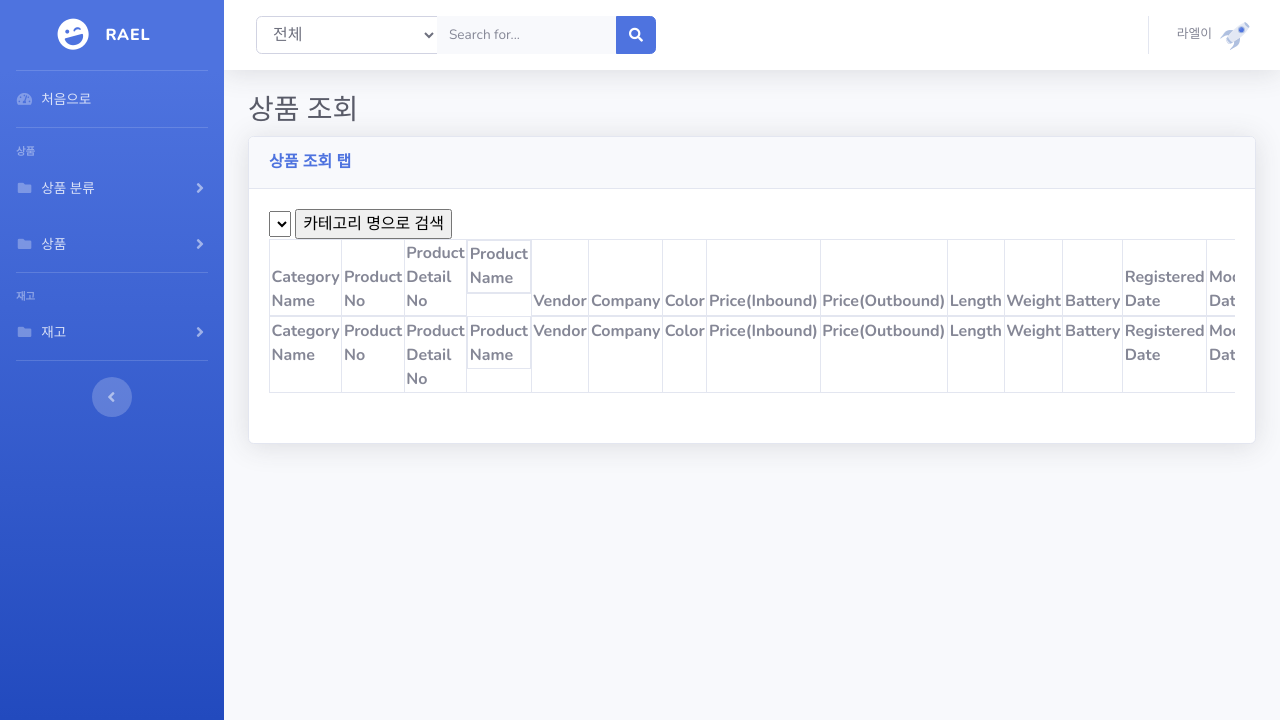
Repository: sww232/springRaelProject
Page: http://localhost/rael/WEB-INF/views/product/all_select.jsp
These files come from the project's save history. The page is drawn as it stood at one moment and after the next save; the edit follows.
The browser window is 1280 px wide. The pictures show the whole page.
The page is served by Tomcat 9. Nobody is signed in. Other server files are loaded and not shown. The template is opened directly, without the code that normally fills it, so the values that code supplies are empty.

Above is the page before, as saved 2022-10-13 03:06:41.
Console error: TypeError: Cannot read properties of undefined (reading 'defaults')

### raelproject3/rael/src/main/webapp/WEB-INF/views/product/all_select.jsp
<%@ page language="java" contentType="text/html; charset=UTF-8" pageEncoding="UTF-8"%>
<%@ taglib uri="http://java.sun.com/jsp/jstl/core" prefix="c"%>
<%@ taglib prefix="sql" uri="http://java.sun.com/jsp/jstl/sql"%>
<%@ taglib prefix="fmt" uri="http://java.sun.com/jsp/jstl/fmt"%>
<!DOCTYPE html>
<html>
<head>
<meta http-equiv="X-UA-Compatible" content="IE=edge">
<meta name="viewport" content="width=device-width, initial-scale=1, shrink-to-fit=no">
<meta name="description" content="">
<meta name="author" content="">
<meta charset="UTF-8">
<title>상품 조회</title>

<link href="/vendor/fontawesome-free/css/all.min.css" rel="stylesheet" type="text/css">
<!--  link href="/css/modal.css" rel="stylesheet" type="text/css" -->
<link href="https://fonts.googleapis.com/css?family=Nunito:200,200i,300,300i,400,400i,600,600i,700,700i,800,800i,900,900i" rel="stylesheet">

<!-- Custom styles for this template -->
<link href="/css/sb-admin-2.min.css" rel="stylesheet">
<!-- Custom styles for this page -->
<link href="/vendor/datatables/dataTables.bootstrap4.min.css" rel="stylesheet">

<script src="/vendor/jquery/jquery.min.js"></script>
<script src="/vendor/bootstrap/js/bootstrap.bundle.min.js"></script>

<!-- Core plugin JavaScript-->
<script src="/vendor/jquery-easing/jquery.easing.min.js"></script>

<!-- Custom scripts for all pages-->
<script src="/js/sb-admin-2.min.js"></script>

<!-- Page level plugins -->
<script src="/vendor/datatables/dataTables.bootstrap4.min.js"></script>

<!-- Page level custom scripts -->
<script src="/js/demo/datatables-demo.js"></script>


</head>


<body id="page-top">
	<form>
		<div class="modal fade" id="moaModal1" tabindex="-1" role="dialog" aria-labelledby="exampleModalLabel" aria-hidden="true">

			<div class="modal-dialog" role="document">
				<div class="modal-content">
					<div class="modal-header">
						<h5 class="modal-title" id="exampleModalLabel">상품 등록을 위한 카테고리 선택</h5>
						<button class="close" type="button" data-dismiss="modal" aria-label="Close">
							<span aria-hidden="true">x</span>
						</button>
					</div>
					<div class="modal-body">
						<select name="categoryBox1" id="categoryBox1">
							<option value="defaultValue" selected></option>
							<c:forEach var="list" items="${categorynums}">
								<option value="${list}">${list}</option>
							</c:forEach>
						</select>
					</div>
					<div class="modal-footer">
						<button class="btn btn-primary" type="button" data-dismiss="modal">Cancel</button>
						<button class="btn btn-primary" type="submit" formaction="/product/product_insert">Choice</button>
					</div>
				</div>
			</div>
		</div>
		<div class="modal fade" id="moaModal2" tabindex="-1" role="dialog" aria-labelledby="exampleModalLabel" aria-hidden="true">

			<div class="modal-dialog" role="document">
				<div class="modal-content">
					<div class="modal-header">
						<h5 class="modal-title" id="exampleModalLabel">상품 추가 등록을 위한 카테고리 선택</h5>
						<button class="close" type="button" data-dismiss="modal" aria-label="Close">
							<span aria-hidden="true">x</span>
						</button>
					</div>
					<div class="modal-body">
						<select name="categoryBox2" id="categoryBox2">
							<option value="defaultValue" selected></option>
							<c:forEach var="list" items="${categorynums}">
								<option value="${list}">${list}</option>
							</c:forEach>
						</select>
					</div>
					<div class="modal-footer">
						<button class="btn btn-primary" type="button" data-dismiss="modal">Cancel</button>
						<button class="btn btn-primary" type="submit" formaction="/product/product_insert_detail">Choice</button>
					</div>
				</div>
			</div>
		</div>
		<div class="modal fade" id="moaModal3" tabindex="-1" role="dialog" aria-labelledby="exampleModalLabel" aria-hidden="true">

			<div class="modal-dialog" role="document">
				<div class="modal-content">
					<div class="modal-header">
						<h5 class="modal-title" id="exampleModalLabel">상품명/상세정보 수정을 위한 카테고리 선택</h5>
						<button class="close" type="button" data-dismiss="modal" aria-label="Close">
							<span aria-hidden="true">x</span>
						</button>
					</div>
					<div class="modal-body">
						<select name="categoryBox3" id="categoryBox3">
							<option value="defaultValue" selected></option>
							<c:forEach var="list" items="${categorynums}">
								<option value="${list}">${list}</option>
							</c:forEach>
						</select>
					</div>
					<div class="modal-footer">
						<button class="btn btn-primary" type="button" data-dismiss="modal">Cancel</button>
						<button class="btn btn-primary" type="submit" formaction="/product/product_update">Choice</button>
					</div>
				</div>
			</div>
		</div>
	</form>
	<div id="wrapper">
		<ul class="navbar-nav bg-gradient-primary sidebar sidebar-dark accordion" id="accordionSidebar">
			<!-- Sidebar - Brand -->
			<a class="sidebar-brand d-flex align-items-center justify-content-center" href="/">
				<div class="sidebar-brand-icon rotate-n-15">
					<i class="fas fa-laugh-wink"></i>
				</div>

				<div class="sidebar-brand-text mx-3">RAEL</div>
			</a>

			<!-- Divider -->
			<hr class="sidebar-divider my-0">

			<!-- Nav Item - Dashboard -->
			<li class="nav-item"><a class="nav-link" href="/"> <i class="fas fa-fw fa-tachometer-alt"></i> <span>처음으로</span></a></li>

			<!-- Divider -->
			<hr class="sidebar-divider">

			<!-- Heading -->
			<div class="sidebar-heading">상품</div>

			<!-- Nav Item - Pages Collapse Menu -->
			<li class="nav-item"><a class="nav-link collapsed" href="#" data-toggle="collapse" data-target="#collapseTwo" aria-expanded="true" aria-controls="collapseTwo"> <i class="fas fa-fw fa-folder"></i> <span>상품 분류</span>
			</a>
				<div id="collapseTwo" class="collapse" aria-labelledby="headingTwo" data-parent="#accordionSidebar">
					<div class="bg-white py-2 collapse-inner rounded">
						<h6 class="collapse-header">상풍 분류 탭</h6>
						<a class="collapse-item" href="/product/category_select?page=${page}&recordSize=${recordSize}&pageSize=${pageSize}">상품 분류 조회</a> <a class="collapse-item" href="/product/category_insert?insertresult=0">상품 분류 등록</a> <a class="collapse-item" href="/product/category_update">상품 분류 수정</a>
					</div>
				</div></li>

			<!-- Nav Item - Utilities Collapse Menu -->
			<li class="nav-item"><a class="nav-link collapsed" href="#" data-toggle="collapse" data-target="#collapseUtilities" aria-expanded="true" aria-controls="collapseUtilities"> <i class="fas fa-fw fa-folder"></i> <span>상품</span>
			</a>
				<div id="collapseUtilities" class="collapse" aria-labelledby="headingUtilities" data-parent="#accordionSidebar">
					<div class="bg-white py-2 collapse-inner rounded">
						<h6 class="collapse-header">상품 탭</h6>
						<a class="collapse-item" href="/product/all_select?page=${page}&recordSize=${recordSize}&pageSize=${pageSize}">상품 조회</a> <a class="collapse-item" href="#" data-toggle="modal" data-target="#moaModal1"> <i class="fas fa-arrow-right"></i>상품 등록
						</a> <a class="collapse-item" href="#" data-toggle="modal" data-target="#moaModal2"> <i class="fas fa-arrow-right"></i>상품 추가 등록
						</a> <a class="collapse-item" href="#" data-toggle="modal" data-target="#moaModal3"> <i class="fas fa-arrow-right"></i>상품명/상세정보 수정
						</a>
					</div>
				</div></li>

			<!-- Divider -->
			<hr class="sidebar-divider">

			<!-- Heading -->
			<div class="sidebar-heading">재고</div>

			<!-- Nav Item - Pages Collapse Menu -->
			<li class="nav-item"><a class="nav-link collapsed" href="#" data-toggle="collapse" data-target="#collapsePages" aria-expanded="true" aria-controls="collapsePages"> <i class="fas fa-fw fa-folder"></i> <span>재고</span>
			</a>
				<div id="collapsePages" class="collapse" aria-labelledby="headingPages" data-parent="#accordionSidebar">
					<div class="bg-white py-2 collapse-inner rounded">
						<h6 class="collapse-header">재고</h6>
						<a class="collapse-item" href="/stock/stock_select?page=${page}&recordSize=${recordSize}&pageSize=${pageSize}">재고 조회 및 입/출고</a>
						<div class="collapse-divider"></div>
						<h6 class="collapse-header">재고 입/출고</h6>
						<a class="collapse-item" href="/stock/stock_history?page=${page}&recordSize=${recordSize}&pageSize=${pageSize}">내역</a>
						<a class="collapse-item" href="/stock/stock_history_cancel?page=${page}&recordSize=${recordSize}&pageSize=${pageSize}">취소</a>
					</div>
				</div>
			</li>

			<!-- Divider -->
			<hr class="sidebar-divider d-none d-md-block">

			<!-- Sidebar Toggler (Sidebar) -->
			<div class="text-center d-none d-md-inline">
				<button class="rounded-circle border-0" id="sidebarToggle"></button>
			</div>

		</ul>

		<!-- End of Sidebar -->

		<!-- Content Wrapper -->
		<div id="content-wrapper" class="d-flex flex-column">

			<!-- Main Content -->
			<div id="content">

				<!-- Topbar -->
				<nav class="navbar navbar-expand navbar-light bg-white topbar mb-4 static-top shadow">

					<!-- Sidebar Toggle (Topbar) -->
					<form class="form-inline">
						<button id="sidebarToggleTop" class="btn btn-link d-md-none rounded-circle mr-3">
							<i class="fa fa-bars"></i>
						</button>
					</form>

					<!-- Topbar Search -->
					<form class="d-none d-sm-inline-block form-inline mr-auto ml-md-3 my-2 my-md-0 mw-100 navbar-search" id="searchForm" autocomplete="off" action="/product/all_select?page=${page}&recordSize=10&pageSize=10">

						<div class="input-group">
							<select id="searchType" name="searchType" class="form-control">
								<option value="" selected>전체</option>
								<option value="product_name">제품 이름</option>
								<option value="product_company">회사명</option>
							</select> <input type="text" class="form-control bg-light border-0 small" placeholder="Search for..." aria-label="Search" aria-describedby="basic-addon2" id="keyword" name="keyword">
							<div class="input-group-append">
								<button class="btn btn-primary" type="submit">
									<i class="fas fa-search fa-sm"></i>
								</button>
							</div>
						</div>
					</form>



					<!-- Topbar Navbar -->
					<ul class="navbar-nav ml-auto">

						<!-- Nav Item - Search Dropdown (Visible Only XS) -->
						<li class="nav-item dropdown no-arrow d-sm-none"><a class="nav-link dropdown-toggle" href="#" id="searchDropdown" role="button" data-toggle="dropdown" aria-haspopup="true" aria-expanded="false"> <i class="fas fa-search fa-fw"></i>
						</a> <!-- Dropdown - Messages -->
							<div class="dropdown-menu dropdown-menu-right p-3 shadow animated--grow-in" aria-labelledby="searchDropdown">
								<form class="form-inline mr-auto w-100 navbar-search">
									<div class="input-group">
										<input type="text" class="form-control bg-light border-0 small" placeholder="Search for..." aria-label="Search" aria-describedby="basic-addon2">
										<div class="input-group-append">
											<button class="btn btn-primary" type="button">
												<i class="fas fa-search fa-sm"></i>
											</button>
										</div>
									</div>
								</form>
							</div></li>

						<div class="topbar-divider d-none d-sm-block"></div>

						<!-- Nav Item - User Information -->
						<li class="nav-item dropdown no-arrow"><a class="nav-link dropdown-toggle" href="#" id="userDropdown" role="button" data-toggle="dropdown" aria-haspopup="true" aria-expanded="false"> <span class="mr-2 d-none d-lg-inline text-gray-600 small">라엘이</span> <img class="img-profile rounded-circle" src="/img/undraw_rocket.svg">
						</a> <!-- Dropdown - User Information -->
							<div class="dropdown-menu dropdown-menu-right shadow animated--grow-in" aria-labelledby="userDropdown">
								<div class="dropdown-divider"></div>
								<a class="dropdown-item" href="#" data-toggle="modal" data-target="#logoutModal"> <i class="fas fa-sign-out-alt fa-sm fa-fw mr-2 text-gray-400"></i> Logout
								</a>
							</div></li>
					</ul>
				</nav>
				<!-- End of Topbar -->
				<div class="container-fluid">

					<!-- Page Heading -->
					<h1 class="h3 mb-2 text-gray-800">상품 조회</h1>
					<div class="card shadow mb-4">
						<div class="card-header py-3">
							<h6 class="m-0 font-weight-bold text-primary">상품 조회 탭</h6>
						</div>
						<div class="card-body">
							<div class="table-responsive">
								<div id="dataTable_wrapper" class="dataTables_wrapper dt-bootstrap4">
									<div class="row">
										<form>
											<div class="dataTable_filter" id="dataTable_filter">
												<select name="categoryBox" id="categoryBox">
													<option value="defaultValue" selected></option>
													<c:forEach var="list" items="${categorynums}">
														<option value="${list}">${list}</option>
													</c:forEach>
												</select> <input type="submit" value="카테고리 명으로 검색">
											</div>
										</form>
									</div>
									<div class="row">
										<div class="col-sm-12">
											<table class="table table-bordered" id="dataTable" width="100%" cellspacing="0">
												<thead>
													<tr>
														<th>Category Name</th>
														<th>Product No</th>
														<th>Product Detail No</th>
														<th style="width:100%; display:inline-block;">Product Name</th>
														<th>Vendor</th>
														<th>Company</th>
														<th>Color</th>
														<th>Price(Inbound)</th>
														<th>Price(Outbound)</th>
														<th>Length</th>
														<th>Weight</th>
														<th>Battery</th>
														<th>Registered Date</th>
														<th>Modified Date</th>
														<th>Description</th>
													</tr>
												</thead>
												<tfoot>
													<tr>
														<th>Category Name</th>
														<th>Product No</th>
														<th>Product Detail No</th>
														<th style="width:100%; display:inline-block;">Product Name</th>
														<th>Vendor</th>
														<th>Company</th>
														<th>Color</th>
														<th>Price(Inbound)</th>
														<th>Price(Outbound)</th>
														<th>Length</th>
														<th>Weight</th>
														<th>Battery</th>
														<th>Registered Date</th>
														<th>Modified Date</th>
														<th>Description</th>
													</tr>
												</tfoot>
												<tbody>
													<c:forEach items="${datas.list}" var="data">
														<tr>
															<td style="width:30%">${data.PRODUCTCATEGORYNAME}</td>
															<td>${data.PRODUCTNUM}</td>
															<td>${data.PRODUCTBYNUM}</td>
															<td style="width:100%; display:inline-block;">${data.PRODUCTNAME}</td>
															<td>${data.PRODUCTVENDOR}</td>
															<td>${data.PRODUCTCOMPANY}</td>
															<td>${data.PRODUCTCOLOR}</td>
															<td>${data.PRODUCTPRICEINBOUND}</td>
															<td>${data.PRODUCTPRICEOUTBOUND}</td>
															<td>${data.PRODUCTLENGTH}</td>
															<td>${data.PRODUCTWEIGHT}</td>
															<td>${data.PRODUCTVOLT}</td>
															<td>${data.APPENDDATE}</td>
															<td>${data.UPDATEDATE}</td>
															<td style="font-size:1px">${data.PRODUCTDESCRIPTION}</td>
														<tr>
													</c:forEach>
												</tbody>
											</table>
										</div>
									</div>
									<div class="row">
										<div class="col-sm-12 col-md-5">
											<div class="dataTables_info" id="dataTable_info" role="status" aria-live="polite">
												<c:if test="${allcount == '0'}">

												</c:if>
												<c:if test="${allcount > 0 }">
													<c:if test="${shownumber >= allcount}">
														Showing ${datas.pagination.limitStart + 1} to ${allcount} of ${allcount}
													</c:if>
													<c:if test="${shownumber < allcount}">
														Showing ${datas.pagination.limitStart + 1} to ${datas.pagination.limitStart + 10} of ${allcount}
													</c:if>
												</c:if>
											</div>
										</div>
										<div class="col-sm-12 col-md-7">
											<div class="dataTables_paginate paging_simple_numbers" id="dataTable_paginate">
												<ul class="pagination">
													<c:if test="${datas.pagination.totalPageCount < 1}">
													</c:if>
													<c:if test="${datas.pagination.existPrevPage eq true}">
														<li class="paginate_button page-item previous"><a aria-controls="dataTable" data-dt-idx="${num}" class="page-link" href='<c:url value="/product/all_select?page=${datas.pagination.startPage-1}&recordSize=10&pageSize=10&categoryBox=${categoryBox}&keyword=${param.keyword}&searchType=${param.searchType}"/>'>PREVIOUS</a></li>
													</c:if>
													<c:if test="${datas.pagination.totalPageCount > 0}">
														<c:forEach begin="${datas.pagination.startPage}" end="${datas.pagination.endPage}" var="num">
															<c:if test="${param.page eq num}">
																<li class="paignate_button page-item active"><a aria-controls="dataTable" data-dt-idx="${num}" class="page-link" href='<c:url value="/product/all_select?page=${num}&recordSize=10&pageSize=10&categoryBox=${categoryBox}&keyword=${param.keyword}&searchType=${param.searchType}"/>'>${num}</a></li>
															</c:if>
															<c:if test="${param.page ne num}">
																<li class="paignate_button page-item"><a aria-controls="dataTable" data-dt-idx="${num}" class="page-link" href='<c:url value="/product/all_select?page=${num}&recordSize=10&pageSize=10&categoryBox=${categoryBox}&keyword=${param.keyword}&searchType=${param.searchType}"/>'>${num}</a></li>
															</c:if>

														</c:forEach>
													</c:if>
													<c:if test="${datas.pagination.existNextPage eq true}">
														<li class="paginate_button page-item next" id="dataTable_next"><a aria-controls="dataTable" data-dt-idx="${num}" class="page-link" href='<c:url value="/product/all_select?page=${datas.pagination.endPage+1}&recordSize=10&pageSize=10&categoryBox=${categoryBox}&keyword=${param.keyword}&searchType=${param.searchType}"/>'>NEXT</a></li>
													</c:if>
												</ul>
											</div>
										</div>
									</div>
								</div>
							</div>
						</div>
					</div>
				</div>
			</div>
		</div>
	</div>
</body>
</html>

### raelproject3/rael/src/main/resources/static/img/undraw_rocket.svg
<?xml version="1.0" encoding="utf-8"?>
<!-- Generator: Adobe Illustrator 25.0.0, SVG Export Plug-In . SVG Version: 6.00 Build 0)  -->
<svg version="1.1" id="b759170a-51c3-4e2f-999d-77dec9fd6d11"
	 xmlns="http://www.w3.org/2000/svg" xmlns:xlink="http://www.w3.org/1999/xlink" x="0px" y="0px" viewBox="0 0 650.9 610.5"
	 style="enable-background:new 0 0 650.9 610.5;" xml:space="preserve">
<style type="text/css">
	.st0{fill:#AFC0E0;}
	.st1{opacity:0.2;fill:#FFFFFF;enable-background:new    ;}
	.st2{opacity:0.1;enable-background:new    ;}
	.st3{fill:#E3E8F4;}
	.st4{fill:#4E73DF;}
</style>
<path class="st0" d="M174,321c-2-1.6-4.2-3-6.6-4.2c-51.8-26.2-157,67.8-157,67.8L0,372.7c0,0,42.1-43.8,92.4-117.3
	c45.2-66.1,150.7-51.8,171.4-48.3c2.3,0.4,3.6,0.7,3.6,0.7C298.7,288.3,174,321,174,321z"/>
<path class="st1" d="M269.4,213.9c-0.6-2-1.3-4-2-6c0,0-1.2-0.2-3.6-0.7c-20.7-3.5-126.2-17.8-171.4,48.3C42.1,329,0,372.7,0,372.7
	l5.9,6.7c0,0,42.1-43.8,92.4-117.3C143.3,196.3,248,210.2,269.4,213.9z"/>
<path class="st0" d="M337.7,533.4c-79.2,40.8-127.8,77.1-127.8,77.1l-10.5-11.9c0,0,111.1-96.8,85.3-150.9c-0.5-1.2-1.2-2.3-1.9-3.4
	c0,0,47.9-119.6,123.9-78.5c0,0,0.1,1,0.2,2.9C407.8,387.8,409.7,496.3,337.7,533.4z"/>
<path class="st2" d="M174,321c-2-1.6-4.2-3-6.6-4.2c29.3-38.9,61.5-75.5,96.3-109.7c2.3,0.4,3.6,0.7,3.6,0.7
	C298.7,288.3,174,321,174,321z"/>
<path class="st2" d="M406.9,368.6c-38.6,29.6-79.4,56.1-122.3,79.1c-0.5-1.2-1.2-2.3-1.9-3.4c0,0,47.9-119.6,123.9-78.5
	C406.7,365.7,406.8,366.7,406.9,368.6z"/>
<path class="st3" d="M263.6,455.5c-20.3,10.4-41.6,20.5-64,30.2c-33.6,14.6-51.5-2.2-80.7-91.5c0,0,12.5-22.5,37.2-57
	c54.3-75.8,167.5-209.1,336.1-286.7C542.7,27.1,596.1,10.1,650.9,0c0,0-9.1,68.8-62,160.1S439.1,365.3,263.6,455.5z"/>
<circle class="st0" cx="435.6" cy="199.7" r="71.6"/>
<path class="st4" d="M469.2,237.9c-21,18.6-53.1,16.6-71.7-4.5c-7.8-8.8-12.2-20-12.7-31.8c-0.2-4.7,0.3-9.4,1.4-14
	c0.5-2,1.1-4.1,1.9-6c2.9-7.7,7.7-14.5,13.8-19.9c0.3-0.3,0.6-0.5,0.9-0.8c17.1-14.4,41.5-15.9,60.3-3.8c3.5,2.3,6.7,4.9,9.5,7.9
	l1,1.1C492.2,187.2,490.2,219.3,469.2,237.9C469.2,237.8,469.2,237.9,469.2,237.9z"/>
<path class="st0" d="M588.9,160.1c-83-35.2-96.8-109.6-96.8-109.6C542.7,27,596.1,10.1,650.9,0C650.9,0,641.8,68.8,588.9,160.1z"/>
<path class="st0" d="M263.6,455.5c-13.7,7.1-27.9,13.9-42.6,20.7c-7,3.2-14.1,6.4-21.4,9.5c-10.9,4.7-51.5-2.2-80.7-91.5
	c0,0,4.1-7.3,12.1-20c6.1-9.6,14.5-22.2,25.1-37c0,0,11,33.2,41.1,67.3C215.8,425.7,238.4,443,263.6,455.5z"/>
<path class="st3" d="M221,476.2c-7,3.2-14.1,6.4-21.4,9.5c-10.9,4.7-51.5-2.2-80.7-91.5c0,0,4.1-7.3,12.1-20
	C131,374.2,170.2,456.9,221,476.2z"/>
<path class="st1" d="M463.2,157l-0.1,0l-60.1,3.9c-0.3,0.3-0.6,0.5-0.9,0.8c-6.2,5.4-10.9,12.3-13.8,19.9l84.5-16.6L463.2,157z"/>
<path class="st1" d="M438.8,194.3l-53.9,7.3c-0.2-4.7,0.3-9.4,1.4-14l52.8,1.4L438.8,194.3z"/>
<path class="st1" d="M131.7,408.7c0,0,12.5-22.5,37.2-57C223.2,276,336.4,142.7,504.9,65c45.6-21.1,93.3-36.9,142.5-47.3
	C650.1,6.4,650.9,0,650.9,0c-54.8,10.1-108.2,27-158.7,50.5c-168.6,77.7-281.8,211-336.1,286.7c-24.7,34.4-37.2,57-37.2,57
	c11.5,35.3,26.6,57,40.5,70.3C149.4,451.4,139.7,433.3,131.7,408.7z"/>
</svg>

Loaded but not shown: raelproject3/rael/src/main/resources/static/css/sb-admin-2.min.css (library); raelproject3/rael/src/main/resources/static/js/sb-admin-2.min.js (common file); raelproject3/rael/src/main/resources/static/js/demo/datatables-demo.js (common file)

After the next save:
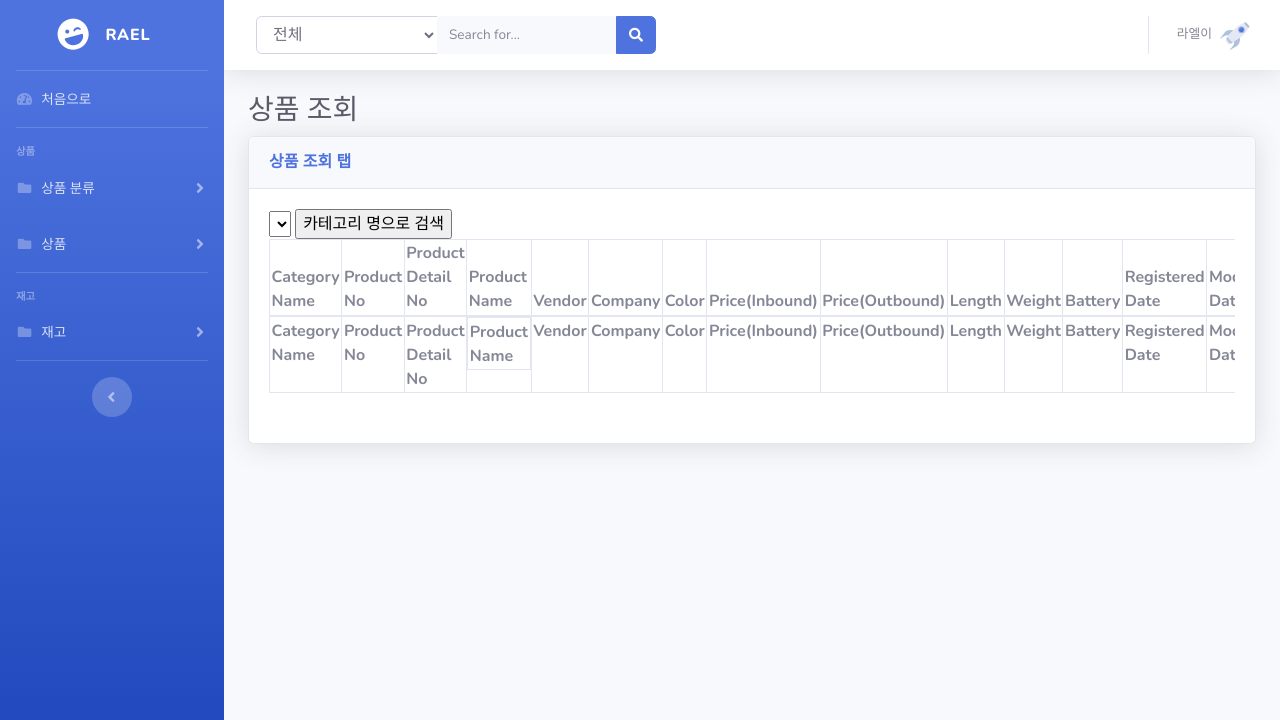
Saved 48 s later.
--- a/raelproject3/rael/src/main/webapp/WEB-INF/views/product/all_select.jsp
+++ b/raelproject3/rael/src/main/webapp/WEB-INF/views/product/all_select.jsp
@@ -295,7 +295,7 @@
 														<th>Category Name</th>
 														<th>Product No</th>
 														<th>Product Detail No</th>
-														<th style="width:100%; display:inline-block;">Product Name</th>
+														<th>Product Name</th>
 														<th>Vendor</th>
 														<th>Company</th>
 														<th>Color</th>
